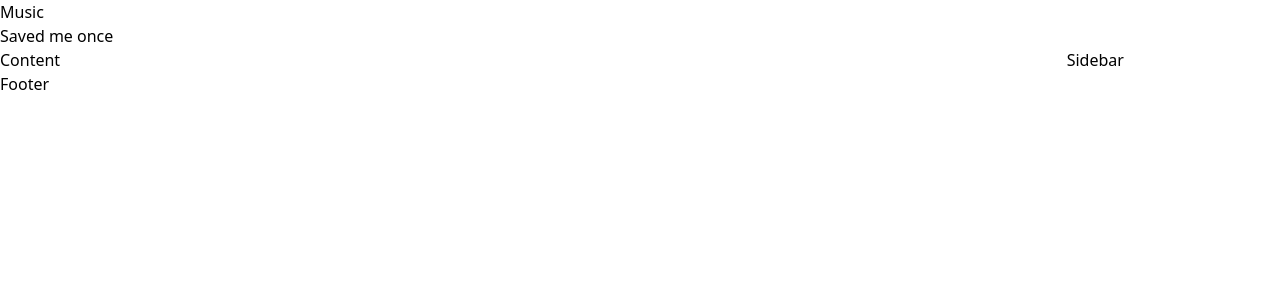
Repository: ItsMe-Pal/something
Page: index.html
An editor plug-in stored every save of this project. The page is shown before and after a run of saves, followed by the edit.
The browser window is 1280 px wide. The pictures show the whole page.
The style sheet was rebuilt from its Sass, Less or Tailwind sources for each picture, by a compiler version that may differ from the author's.

Above is the page before, as saved 2025-06-22 18:26:52.

After the next 5 saves:
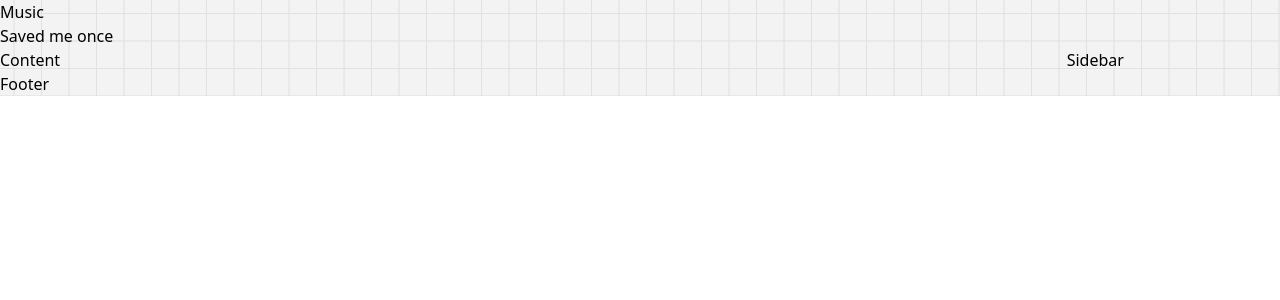
The 5 saves are shown as one change because they came seconds apart.
The last was saved 15 s later.
--- a/index.html
+++ b/index.html
@@ -13,7 +13,8 @@
     <link rel="stylesheet" href="/styles/main.css">
 </head>
 <body>
-    <div id="bg"></div>
+    <div id="bg">
+
     <div class="flex gap-[2%] flex-wrap content-start">
         <div class="w-full h-[5%]">
            <div >
@@ -30,6 +31,7 @@
         <div class="w-full h-[5%]">Footer</div>
       </div>
 
+    </div>
     <script src="/src/main.js"></script>
 </body>
 </html>
